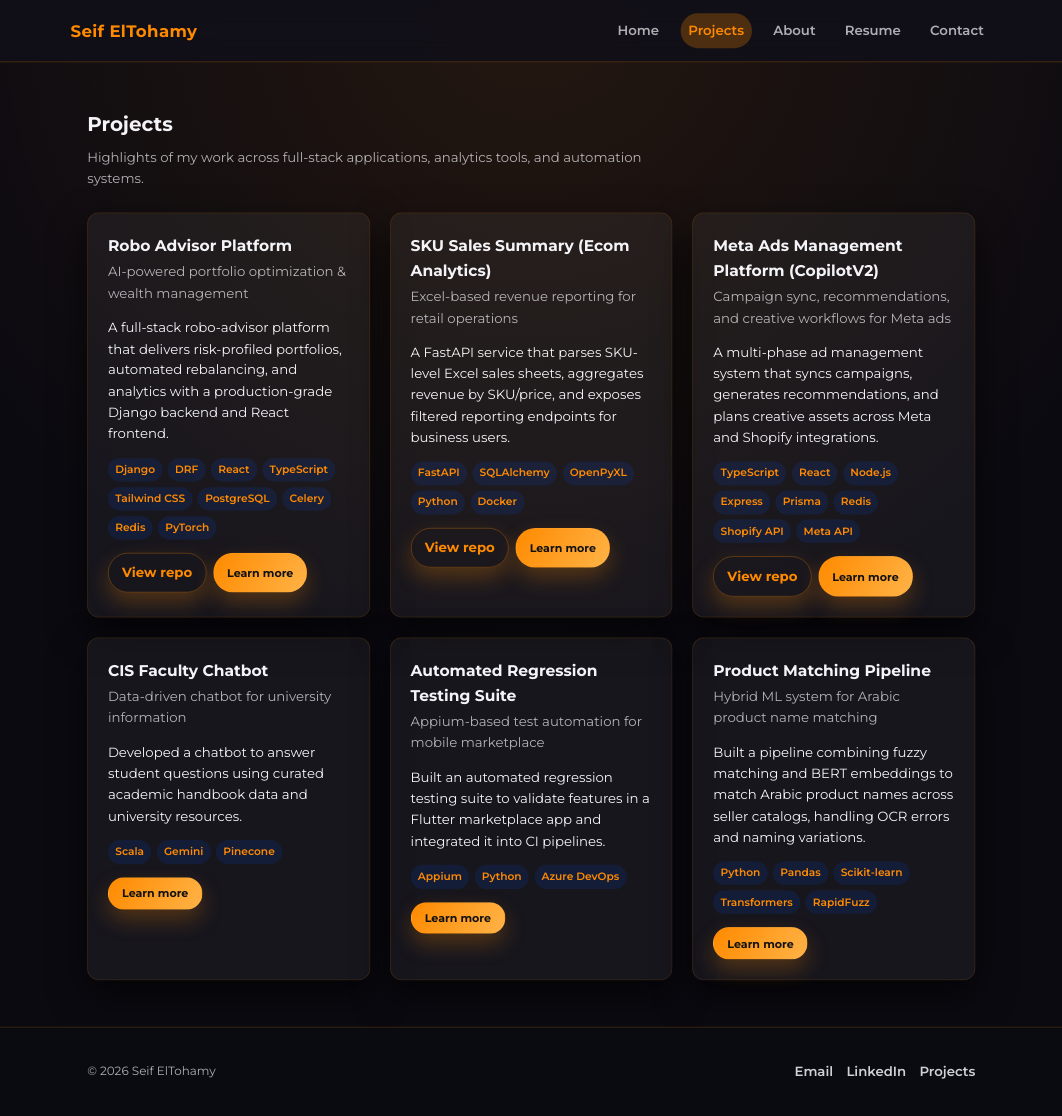
Repository: seifeldinamr99/seif-portfolio
Page: /projects (app in portfolio/)
An editor plug-in stored every save of this project. The page is shown before and after the next save, followed by the edit.
The browser window is 1280 px wide. The pictures show the whole page, at 83% of full size.
The project was rebuilt for these pictures with package versions that can differ from the ones it lists, and the page was loaded fresh each time. Also part of the build but not shown: portfolio/vite.config.ts, portfolio/src/components/Modal.tsx, portfolio/src/pages/HomePage.tsx, portfolio/src/pages/AboutPage.tsx, portfolio/src/pages/ResumePage.tsx, portfolio/src/pages/ContactPage.tsx.

Above is the page before, as saved 2026-03-08 15:24:44.

After the next save:
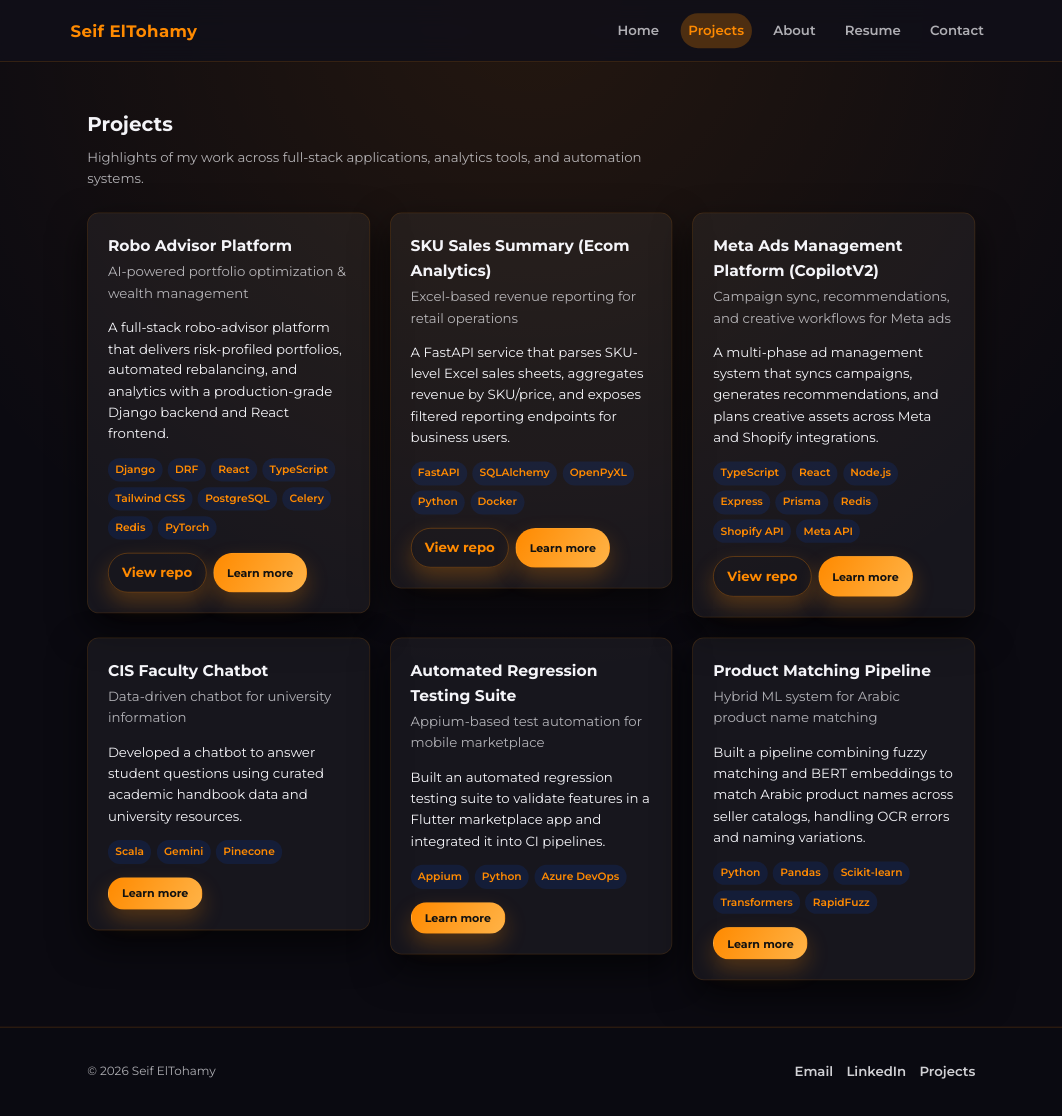
Saved 7 s later.
--- a/portfolio/src/App.css
+++ b/portfolio/src/App.css
@@ -216,6 +216,7 @@ a:hover {
 .grid {
   display: grid;
   gap: 1.5rem;
+  align-items: start;
 }
 
 .grid--2 {
